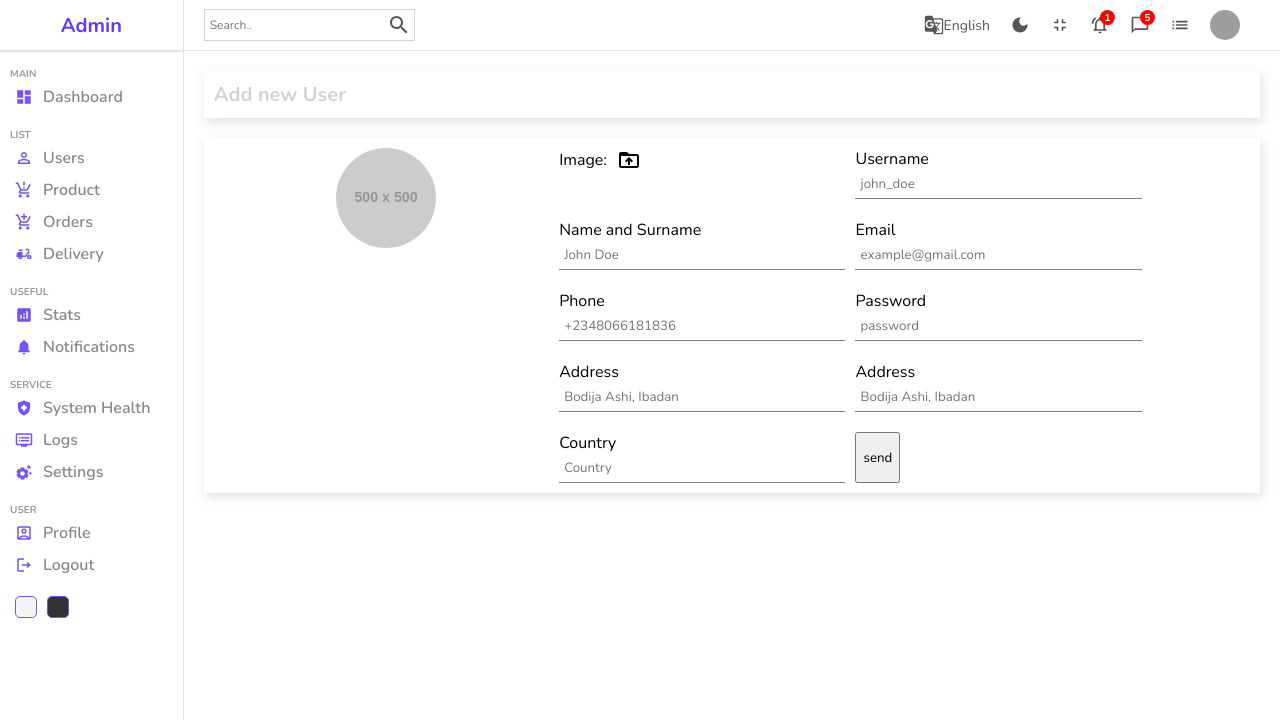
Repository: maescode/simple-react-admin-dashboard
Page: /users/new
These files come from the project's save history. The page is drawn as it stood at one moment and after the next save; the edit follows.
The browser window is 1280 px wide. The pictures show the whole page.
Pictures or frames that could not be fetched are drawn as grey boxes. The project was rebuilt for these pictures with package versions that can differ from the ones it lists, and the page was loaded fresh each time. Also part of the build but not shown: src/App.css, src/pages/home/home.scss, src/pages/components/widget/widget.scss, src/pages/components/widget/Widget.jsx, src/pages/components/featured/featured.scss, src/pages/components/featured/Featured.jsx, src/pages/components/chart/chart.scss, src/pages/components/chart/Chart.jsx and 11 more.

Above is the page before, as saved 2022-08-10 06:08:38.

### public/index.html
<!DOCTYPE html>
<html lang="en">
  <head>
    <meta charset="utf-8" />
    <link rel="icon" href="%PUBLIC_URL%/favicon.ico" />
    <meta name="viewport" content="width=device-width, initial-scale=1" />
    <meta name="theme-color" content="#000000" />
    <meta
      name="description"
      content="Web site created using create-react-app"
    />
    <link rel="apple-touch-icon" href="%PUBLIC_URL%/logo192.png" />
    <link rel="manifest" href="%PUBLIC_URL%/manifest.json" />
    <link rel="preconnect" href="https://fonts.googleapis.com" />
    <link rel="preconnect" href="https://fonts.gstatic.com" crossorigin />
    <link
      href="https://fonts.googleapis.com/css2?family=Nunito:ital,wght@0,200;0,300;0,400;0,500;0,600;0,700;0,800;1,500&display=swap"
      rel="stylesheet"
    />
    <style>
      * {
        font-family: Nunito;
        margin: 0;
      }
    </style>
    <title>Dashboard</title>
  </head>
  <body>
    <noscript>You need to enable JavaScript to run this app.</noscript>
    <div id="root"></div>
  </body>
</html>

### src/App.js
import { BrowserRouter, Routes, Route, Link } from 'react-router-dom';
import './App.css';
import Home from './pages/home/Home';
import Login from './pages/login/Login';
import List from './pages/list/List';
import New from './pages/new/New';
import Single from './pages/single/Single';

function App() {
  return (
    <>
      <BrowserRouter>
        <Routes>
          <Route path="/">
            <Route index element={<Home />} />
            <Route path="login" element={<Login />} />
            <Route path="users">
              <Route index element={<List />} />
              <Route path=":userId" element={<Single />} />
              <Route path="new" element={<New />} />
            </Route>
            <Route path="products">
              <Route index element={<List />} />
              <Route path=":productsId" element={<Single />} />
              <Route path="new" element={<New />} />
            </Route>
          </Route>
        </Routes>
      </BrowserRouter>
    </>
  );
}

export default App;

### src/pages/new/New.jsx
import React from 'react';
import Navbar from '../components/navbar/Navbar';
import Sidebar from '../components/sidebar/Sidebar';
import Datatable from '../components/datatable/Datatable';
import Chart from '../components/chart/Chart';
import DriveFolderUploadIcon from '@mui/icons-material/DriveFolderUpload';

import './new.scss';

const New = () => {
  return (
    <div className="new">
      <Sidebar />
      <div className="newContainer">
        <Navbar />
        <div className="top">
          <h1>Add new User</h1>
        </div>
        <div className="bottom">
          <div className="left">
            <img
              src="http://dummyimage.com/500x500.png/dddddd/000000"
              alt="alt"
            />
          </div>
          <div className="right">
            <form className="form">
              <div className="formInput">
                <label htmlFor="file">
                  Image: <DriveFolderUploadIcon className="icon" />
                </label>
                <input
                  type="file"
                  name="file"
                  id="file"
                  style={{ display: 'none' }}
                />
              </div>

              <div className="formInput">
                <label>Username</label>
                <input type="text" name="username" placeholder="john_doe" />
              </div>

              <div className="formInput">
                <label>Name and Surname</label>
                <input
                  type="text"
                  name="name_and_surname"
                  placeholder="John Doe"
                />
              </div>

              <div className="formInput">
                <label>Email</label>
                <input
                  type="email"
                  name="email"
                  placeholder="example@gmail.com"
                />
              </div>

              <div className="formInput">
                <label>Phone</label>
                <input type="text" name="phone" placeholder="+2348066181836" />
              </div>

              <div className="formInput">
                <label>Password</label>
                <input type="password" name="password" placeholder="password" />
              </div>

              <div className="formInput">
                <label>Address</label>
                <input
                  type="text"
                  name="address"
                  placeholder="Bodija Ashi, Ibadan"
                />
              </div>

              <div className="formInput">
                <label>Address</label>
                <input
                  type="text"
                  name="address"
                  placeholder="Bodija Ashi, Ibadan"
                />
              </div>

              <div className="formInput">
                <label>Country</label>
                <input type="text" name="country" placeholder="Country" />
              </div>

              <button>send</button>
            </form>
          </div>
        </div>
      </div>
    </div>
  );
};

export default New;

### src/pages/components/sidebar/Sidebar.jsx
import React from 'react';
import './sidebar.scss';
import DashboardIcon from '@mui/icons-material/Dashboard';
import PersonOutlineOutlinedIcon from '@mui/icons-material/PersonOutlineOutlined';
import ProductionQuantityLimitsOutlinedIcon from '@mui/icons-material/ProductionQuantityLimitsOutlined';
import LogoutOutlinedIcon from '@mui/icons-material/LogoutOutlined';
import AccountBoxOutlinedIcon from '@mui/icons-material/AccountBoxOutlined';
import AddShoppingCartIcon from '@mui/icons-material/AddShoppingCart';
import DeliveryDiningIcon from '@mui/icons-material/DeliveryDining';
import AnalyticsIcon from '@mui/icons-material/Analytics';
import NotificationsIcon from '@mui/icons-material/Notifications';
import HealthAndSafetyIcon from '@mui/icons-material/HealthAndSafety';
import DvrIcon from '@mui/icons-material/Dvr';
import SettingsSuggestIcon from '@mui/icons-material/SettingsSuggest';
const Sidebar = () => {
  return (
    <div className="sidebar">
      <div className="top">
        <span className="logo">Admin</span>
      </div>
      <hr />
      <div className="center">
        <ul>
          <p className="title">MAIN</p>
          <li>
            <DashboardIcon className="icon" />
            <span>Dashboard</span>
          </li>
          <p className="title">LIST</p>
          <li>
            <PersonOutlineOutlinedIcon className="icon" />
            <span>Users</span>
          </li>
          <li>
            <ProductionQuantityLimitsOutlinedIcon className="icon" />
            <span>Product</span>
          </li>
          <li>
            <AddShoppingCartIcon className="icon" />
            <span>Orders</span>
          </li>
          <li>
            <DeliveryDiningIcon className="icon" />
            <span>Delivery</span>
          </li>
          <p className="title">USEFUL</p>
          <li>
            <AnalyticsIcon className="icon" />
            <span>Stats</span>
          </li>
          <li>
            <NotificationsIcon className="icon" />
            <span>Notifications</span>
          </li>
          <p className="title">SERVICE</p>
          <li>
            <HealthAndSafetyIcon className="icon" />
            <span>System Health</span>
          </li>
          <li>
            <DvrIcon className="icon" />
            <span>Logs</span>
          </li>
          <li>
            <SettingsSuggestIcon className="icon" />
            <span>Settings</span>
          </li>
          <p className="title">USER</p>
          <li>
            <AccountBoxOutlinedIcon className="icon" />
            <span>Profile</span>
          </li>
          <li>
            <LogoutOutlinedIcon className="icon" />
            <span>Logout</span>
          </li>
        </ul>
      </div>
      <div className="bottom">
        <div className="colorOption"></div>
        <div className="colorOption"></div>
      </div>
    </div>
  );
};

export default Sidebar;

### src/pages/components/navbar/Navbar.jsx
import React from 'react';
import './navbar.scss';
import SearchIcon from '@mui/icons-material/Search';
import GTranslateIcon from '@mui/icons-material/GTranslate';
import DarkModeIcon from '@mui/icons-material/DarkMode';
import FullscreenExitIcon from '@mui/icons-material/FullscreenExit';
import NotificationsActiveOutlinedIcon from '@mui/icons-material/NotificationsActiveOutlined';
import ChatBubbleOutlineOutlinedIcon from '@mui/icons-material/ChatBubbleOutlineOutlined';
import ListOutlinedIcon from '@mui/icons-material/ListOutlined';

const Navbar = () => {
  return (
    <div className="navbar">
      <div className="wrapper">
        <div className="search">
          <input type="search" placeholder="Search.." className="" />
          <SearchIcon />
        </div>
        <div className="items">
          <div className="item">
            <GTranslateIcon className="icon" />
            English
          </div>
          <div className="item">
            <DarkModeIcon className="icon" />
          </div>
          <div className="item">
            <FullscreenExitIcon className="icon" />
          </div>
          <div className="item">
            <NotificationsActiveOutlinedIcon className="icon" />
            <div className="counter">1</div>
          </div>
          <div className="item">
            <ChatBubbleOutlineOutlinedIcon className="icon" />
            <div className="counter">5</div>
          </div>
          <div className="item">
            <ListOutlinedIcon className="icon" />
          </div>

          <div className="item">
            <img
              src={'https://picsum.photos/id/237/200/300'}
              className="avatar"
              alt="icon"
            />
          </div>
        </div>
      </div>
    </div>
  );
};

export default Navbar;

### src/pages/new/new.scss
.new {
  width: 100%;
  display: flex;

  .newContainer {
    flex: 6;

    .top,
    .bottom {
      padding: 10px;
      margin: 20px;
      -webkit-box-shadow: 2px 4px 10px 1px rgba(0, 0, 0, 0.47);
      box-shadow: 2px 4px 10px 1px rgba(201, 201, 201, 0.47);
      display: flex;

      h1 {
        color: lightgrey;
        font-size: 20px;
      }
    }

    .left {
      flex: 1;
      text-align: center;
      img {
        width: 100px;
        height: 100px;
        border-radius: 50%;
        object-fit: contain;
      }
    }
    .right {
      flex: 2;
      form {
        display: flex;
        flex-wrap: wrap;
        gap: 20px;

        .formInput {
          width: 40%;

          label {
            display: flex;
            align-items: center;
            gap: 10px;

            icon {
              cursor: pointer;
            }
          }

          input {
            width: 100%;
            padding: 5px;
            border: none;
            border-bottom: 1px solid gray;
          }
        }
      }
    }
  }
}

### src/pages/components/sidebar/sidebar.scss
.sidebar {
  flex: 1;
  border-right: 0.5px solid rgb(230, 227, 227);
  min-height: 100vh;
  background-color: white;
  .top {
    height: 50px;
    display: flex;
    align-items: center;
    justify-content: center;

    .logo {
      font-size: 20px;
      font-weight: bold;
      color: #6439ff;
    }
  }

  hr {
    height: 0;
    border: 0.5px solid rgb(230, 227, 227);
  }

  .center {
    padding-left: 10px;
    ul {
      list-style: none;
      margin: 0;
      padding: 0;

      li {
        display: flex;
        align-items: center;
        padding: 5px;
        cursor: pointer;
        &:hover {
          background-color: #ece8ff;
        }

        .icon {
          font-size: 18px;
          color: #7451f8;
        }

        span {
          font: size 13px;
          font-weight: 600;
          color: #888;
          margin-left: 10px;
        }
      }

      .title {
        font-size: 10px;
        font-weight: bold;
        color: #999;
        margin-top: 15px;
      }
    }
  }

  .bottom {
    display: flex;
    align-items: center;
    margin: 10px;

    .colorOption {
      width: 20px;
      height: 20px;
      border-radius: 5px;
      border: 1px solid #7451f8;
      cursor: pointer;
      margin: 5px;

      &:nth-child(1) {
        background-color: whitesmoke;
      }
      &:nth-child(2) {
        background-color: #333;
      }
    }
  }
}

### src/pages/components/navbar/navbar.scss
.navbar {
  height: 50px;
  border-bottom: 0.5px solid rgb(231, 228, 228);
  display: flex;
  align-items: center;
  font-size: 14px;
  color: #555;

  .wrapper {
    width: 100%;
    display: flex;
    align-items: center;
    justify-content: space-between;
    padding: 20px;

    .search {
      display: flex;
      align-items: center;
      border: 0.5px solid lightgrey;
      padding: 3px;

      input {
        border: none;
        outline: none;
        background-color: transparent;

        &::placeholder {
          font-size: 12px;
        }
      }
    }

    .items {
      display: flex;
      align-items: center;

      .item {
        display: flex;
        align-items: center;
        margin-right: 20px;
        position: relative;
        cursor: pointer;

        .icon {
          font-size: 20px;
        }

        .avatar {
          width: 30px;
          height: 30px;
          border-radius: 100%;
        }
        .counter {
          background-color: red;
          width: 15px;
          height: 15px;
          border-radius: 100%;
          color: white;
          display: flex;
          align-items: center;
          justify-content: center;
          font-size: 10px;
          font-weight: bold;
          position: absolute;
          top: -5px;
          right: -5px;
        }
      }
    }
  }
}

Loaded but not shown: src/index.js (common file); src/index.css (common file); src/reportWebVitals.js (common file)

After the next save:
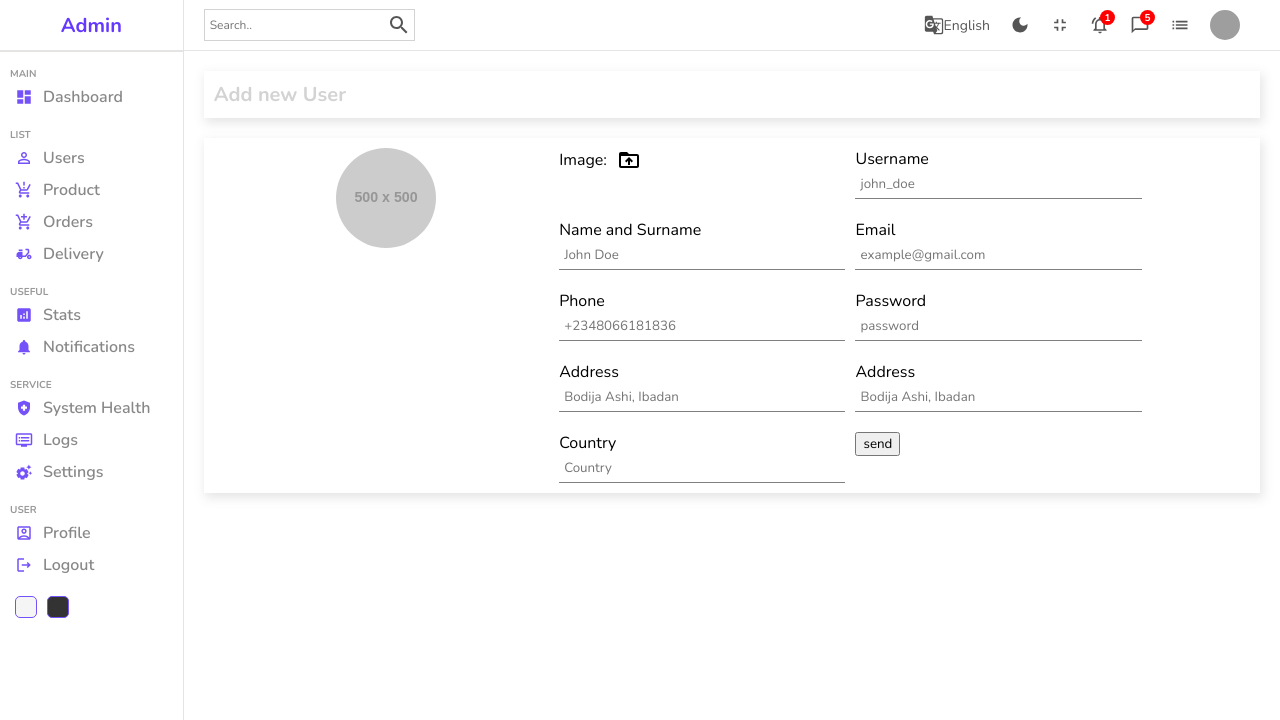
Saved 65 s later.
--- a/src/pages/new/New.jsx
+++ b/src/pages/new/New.jsx
@@ -93,7 +93,9 @@ const New = () => {
                 <input type="text" name="country" placeholder="Country" />
               </div>
 
-              <button>send</button>
+              <div className="formInput">
+                <button>send</button>
+              </div>
             </form>
           </div>
         </div>
